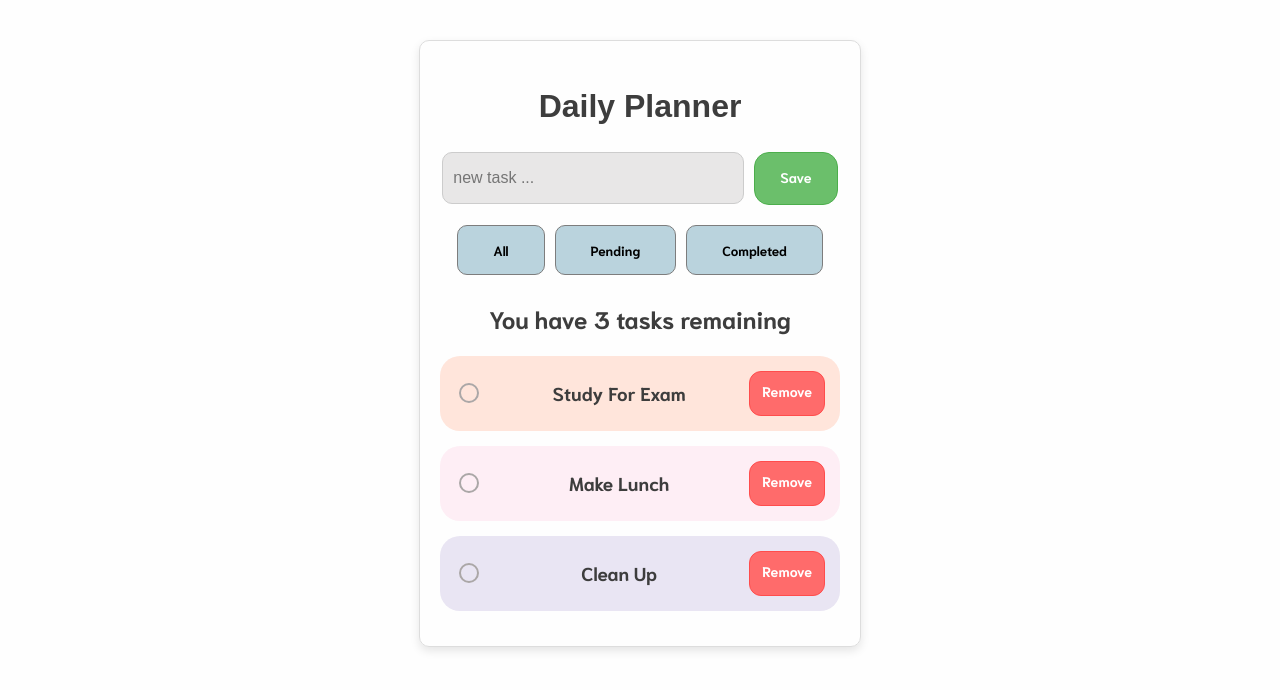
Repository: Zalida-Khan/Frontend-Lab4
Page: /
An editor plug-in stored every save of this project. The page is shown before and after a run of saves, followed by the edit.
The browser window is 1280 px wide. The pictures show the whole page.
Some web fonts or font styles are not loaded; a fallback is used. The project was rebuilt for these pictures with package versions that can differ from the ones it lists, and the page was loaded fresh each time. Also part of the build but not shown: vite.config.js.

Above is the page before, as saved 2024-10-29 23:08:32.

### index.html
<!doctype html>
<html lang="en">

<head>
  <meta charset="UTF-8" />
  <link rel="icon" type="image/svg+xml" href="/vite.svg" />
  <meta name="viewport" content="width=device-width, initial-scale=1.0" />
  <title>Daily Planner</title>
</head>

<body>
  <div id="root"></div>
  <script type="module" src="/src/main.jsx"></script>
</body>

</html>

### src/App.jsx
import "./App.css";
import React, { useState } from "react";
import Task from "./components/Task";
import TaskForm from "./components/TaskForm";

function App() {
  const [tasks, setTasks] = useState([
    { id: 1, text: "Study For Exam", completed: false },
    { id: 2, text: "Make Lunch", completed: false },
    { id: 3, text: "Clean Up", completed: false },
  ]);


  const [filter, setFilter] = useState("All");

  const addTask = (text) =>
    setTasks([...tasks, { id: Date.now(), text, completed: false }]);

  const toggleTask = (id) =>
    setTasks(
      tasks.map((task) =>
        task.id === id ? { ...task, completed: !task.completed } : task
      )
    );

  const removeTask = (id) => setTasks(tasks.filter((task) => task.id !== id));

  const handleFilterChange = (newFilter) => setFilter(newFilter);

  const filteredTasks = tasks.filter((task) => {
    if (filter === "Completed") return task.completed;
    if (filter === "Pending") return !task.completed;
    return true;
  });

  const remainingTasks = tasks.filter((task) => !task.completed).length;

  return (
    <div className="app">
      <header>
        <h1>Daily Planner</h1>
      </header>
      <TaskForm addTask={addTask} />
      <div className="filter-buttons">
        <button onClick={() => handleFilterChange("All")}>All</button>
        <button onClick={() => handleFilterChange("Pending")}>Pending</button>
        <button onClick={() => handleFilterChange("Completed")}>Completed</button>
      </div>
      <h2>
        You have {remainingTasks}{" "}
        {remainingTasks === 1 ? "task" : "tasks"} remaining
      </h2>
      <div className="task-list">
      {filteredTasks.map((task) => (
          <Task
            key={task.id}
            task={task}
            toggleTask={toggleTask}
            removeTask={removeTask}
            isDisabled={task.completed}
          />
        ))}
      </div>
    </div>
  );
}

export default App;

### src/index.css
:root {
  font-family: Inter, system-ui, Avenir, Helvetica, Arial, sans-serif;
  line-height: 1.5;
  font-weight: 400;

  color-scheme: light dark;
  color: rgba(0, 0, 0, 0.87);
  background-color: #fefefe;

  font-synthesis: none;
  text-rendering: optimizeLegibility;
  -webkit-font-smoothing: antialiased;
  -moz-osx-font-smoothing: grayscale;
}

### src/App.css
@font-face {
  font-family: "Ruska";
  src: url("../fonts/RuskaDisplay-Regular.otf") format("opentype");
  font-weight: normal;
  font-style: normal;
}

@font-face {
  font-family: "Niramit";
  src: url("../fonts/Niramit-Bold.ttf") format("truetype");
  font-weight: normal;
  font-style: normal;
}

#root {
  max-width: 1280px;
  margin: 0 auto;
  padding: 2rem;
  text-align: center;
  font-family: "Niramit", sans-serif;
  color: #3d3d3d;
}

.app {
  width: 400px;
  margin: 0 auto;
  padding: 20px;
  font-family: "Niramit", sans-serif;
  border: 1px solid #ddd;
  border-radius: 10px;
  box-shadow: 0 4px 10px rgba(0, 0, 0, 0.1);
}

h1 {
  font-family: "Ruska", sans-serif;
  font-weight: 50px;
  color: #3d3d3d;
}

.task-list {
  margin-top: 20px;
}

.task {
  display: flex;
  align-items: center;
  justify-content: space-between;
  margin-bottom: 15px;
  padding: 15px;
  border-radius: 20px;
  font-family: "Niramit", sans-serif;
}

.task:nth-child(6n+1) {
  background-color: #ffe5db;
}

.task:nth-child(6n+2) {
  background-color: #feeef5;
}

.task:nth-child(6n+3) {
  background-color: #e9e5f3;
}

.task:nth-child(6n+4) {
  background-color: #e0edf4;
}

.task:nth-child(6n+5) {
  background-color: #f0f8e6;
}

.task:nth-child(6n) {
  background-color: #fbfbef;
}

.task h3 {
  margin: 0;
  flex-grow: 1;
  text-decoration: none;
  font-family: "Niramit", sans-serif;
}

.task.completed h3 {
  text-decoration: line-through 2px solid;
}

.checkmark {
  appearance: none;
  width: 20px;
  height: 20px;
  border-radius: 50%;
  border: 2px solid #aba7a7;
  background-color: transparent;
  display: flex;
  align-items: center;
  justify-content: center;
  cursor: pointer;
  margin-right: 10px;
}

.checkmark:checked {
  background-color: #c6eada;
  border: 2px solid #198754;
}

.checkmark:checked::after {
  content: '✔️';
  color: #3d3d3d;
}

.checkmark:disabled {
  cursor: not-allowed;
  background-color: #d3d3d3;
  border-color: #d3d3d3;
}

.delete-btn {
  padding: 10px 12px;
  border-radius: 12px;
  padding-bottom: 15px;
  font-family: "Niramit", sans-serif;
  background-color: #ff6b6b;
  border: 1px solid #ff4c4c;
  color: white;
  cursor: pointer;
  font-size: 14px;
  transition: background-color 0.3s;
}

.delete-btn:hover {
  background-color: #ff4c4c;
}

.save-btn {
  padding: 15px 25px;
  border-radius: 15px;
  padding-bottom: 18px;
  background-color: #6bbf6b;
  border: 1px solid #4cae4c;
  font-family: "Niramit", sans-serif;
  color: white;
  cursor: pointer;
  font-size: 14px;
  transition: background-color 0.3s;
}

.save-btn:hover {
  background-color: #4cae4c;
}

.input-field {
  width: 70%;
  height: 30px;
  padding: 10px;
  border-radius: 10px;
  background-color: #e8e7e7;
  margin-right: 10px;
  border: 1px solid #ccc;
  font-size: 16px;
  outline: none;
  color: black;
  transition: border-color 0.3s;
}

.input-field:focus {
  border-color: #000000;
}

.filter-buttons {
  margin-top: 15px;
}

.filter-buttons button {
  padding: 15px 35px;
  border: 1px solid #7d7d7d;
  border-radius: 10px;
  background-color: #bad3dd;
  font-family: "Niramit", sans-serif;
  cursor: pointer;
  transition: background-color 0.3s, color 0.3s;
  margin: 5px;
}

.filter-buttons button:hover {
  background-color: #9799b5;
}

.filter-buttons .active {
  background-color: #01543e;
  color: white;
}

### src/components/Task.jsx
import React from 'react';

function Task({ task, toggleTask, removeTask, isDisabled }) {
  return (
    <div className={`task ${task.completed ? 'completed' : ''}`}>
      <label className="checkmark-label"/>
      <input className="checkmark" type="checkbox" checked={task.completed} onChange={() => toggleTask(task.id)}
      disabled={isDisabled} />
      <h3>{task.text}</h3>
      <button className="delete-btn" onClick={() => removeTask(task.id)}>Remove</button>
    </div>
  );
}

export default Task;

### src/components/TaskForm.jsx
import React, { useState } from 'react';

function TaskForm({ addTask }) {
  const [text, setText] = useState('');

  const handleSubmit = (e) => {
    e.preventDefault();
    if (text.trim()) {
      addTask(text);
      setText('');
    }
  };

  return (
    <form onSubmit={handleSubmit}>
      <input className="input-field" type="text" value={text} onChange={(e) => setText(e.target.value)} placeholder="new task ..." />
      <button className="save-btn" type="submit">Save</button>
    </form>
  );
}

export default TaskForm;

Loaded but not shown: src/main.jsx (common file)

After the next 2 saves:
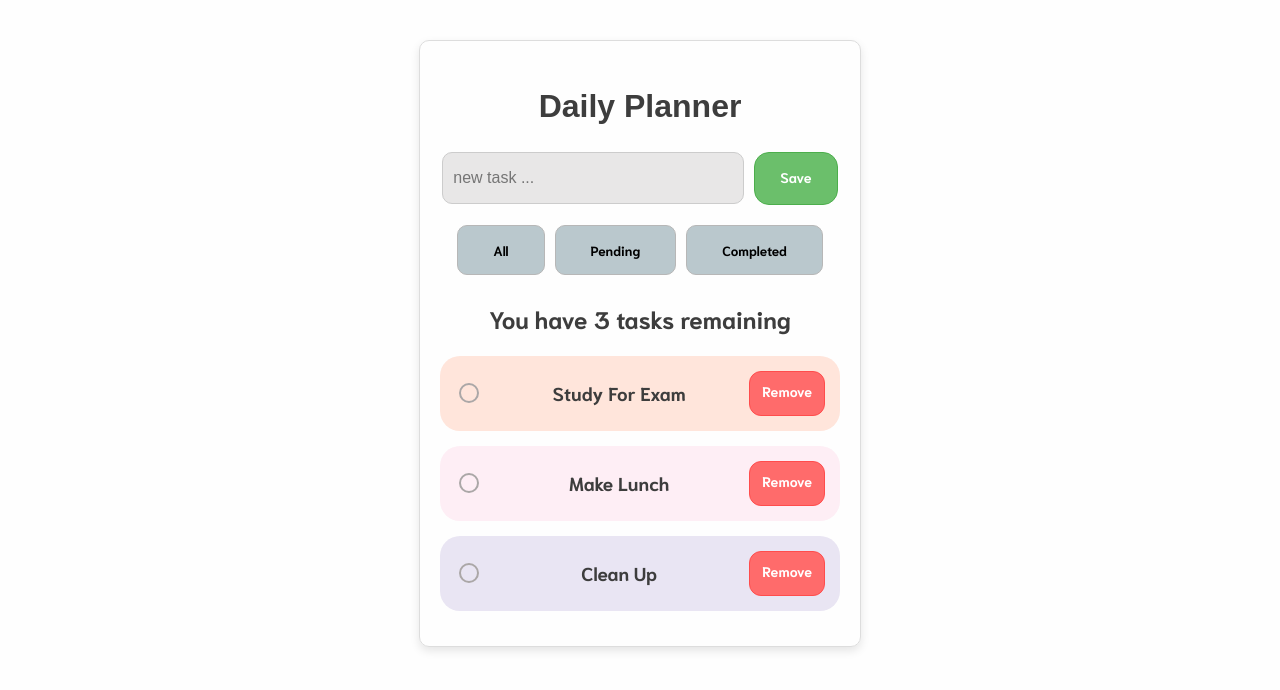
The 2 saves are shown as one change because they came seconds apart.
The last was saved 7 s later.
--- a/src/App.css
+++ b/src/App.css
@@ -174,9 +174,9 @@ h1 {
 
 .filter-buttons button {
   padding: 15px 35px;
-  border: 1px solid #7d7d7d;
+  border: 1px solid #b7b7b7;
   border-radius: 10px;
-  background-color: #bad3dd;
+  background-color: #bac8cd;
   font-family: "Niramit", sans-serif;
   cursor: pointer;
   transition: background-color 0.3s, color 0.3s;
